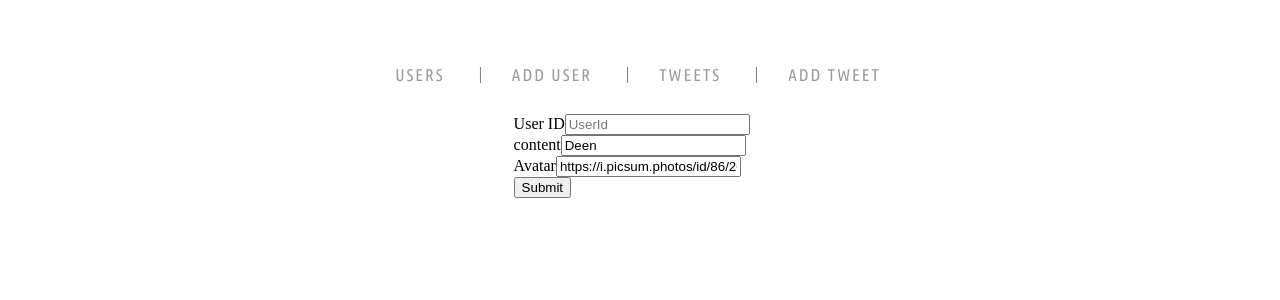
Repository: andbilous/cursor-redux-thunk
Page: /addTweet
An editor plug-in stored every save of this project. The page is shown before and after the next save, followed by the edit.
The browser window is 1280 px wide. The pictures show the whole page.
The project was rebuilt for these pictures with package versions that can differ from the ones it lists, and the page was loaded fresh each time. Also part of the build but not shown: src/API/users.api.js, src/redux/users/actions.js, src/components/User.jsx, src/pages/Users.jsx, src/pages/AddUser.jsx, src/components/Tweet.jsx, src/pages/Tweets.jsx.

Above is the page before, as saved 2020-04-26 20:20:00.

After the next save:
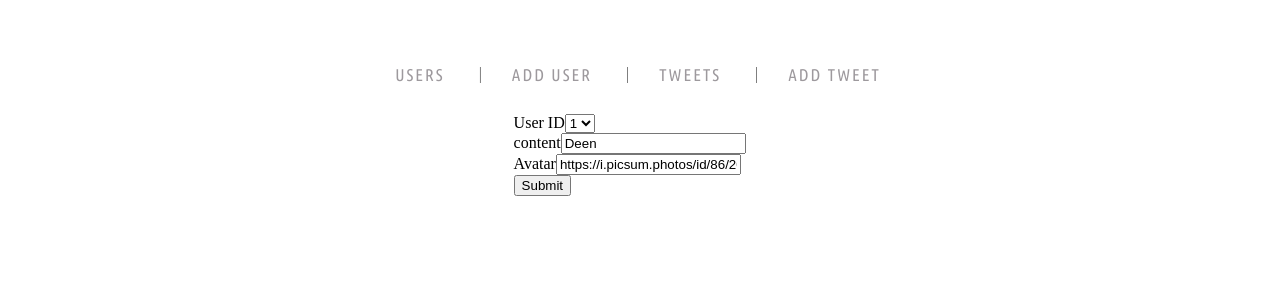
Saved 6 min 1 s later.
--- a/src/pages/AddTweet.jsx
+++ b/src/pages/AddTweet.jsx
@@ -14,8 +14,13 @@ import {addTWEET} from '../redux/tweets/actions'
     <Form style={{marginLeft:'40%'}} inline>
     <FormGroup className="mb-2 mr-sm-2 mb-sm-0">
       <Label for="userId" className="mr-sm-2">User ID</Label>
-      <Input type="number" value={userId} onChange={(e)=>setUserId(e.target.value)}
-        name="userId" id="userId" placeholder="UserId" />
+      <Input type="select" name="select" id="exampleSelect">
+            <option>1</option>
+            <option>2</option>
+            <option>3</option>
+            <option>4</option>
+            <option>5</option>
+          </Input>
     </FormGroup>
     <FormGroup className="mb-2 mr-sm-2 mb-sm-0">
       <Label for="content" className="mr-sm-2">content</Label>
